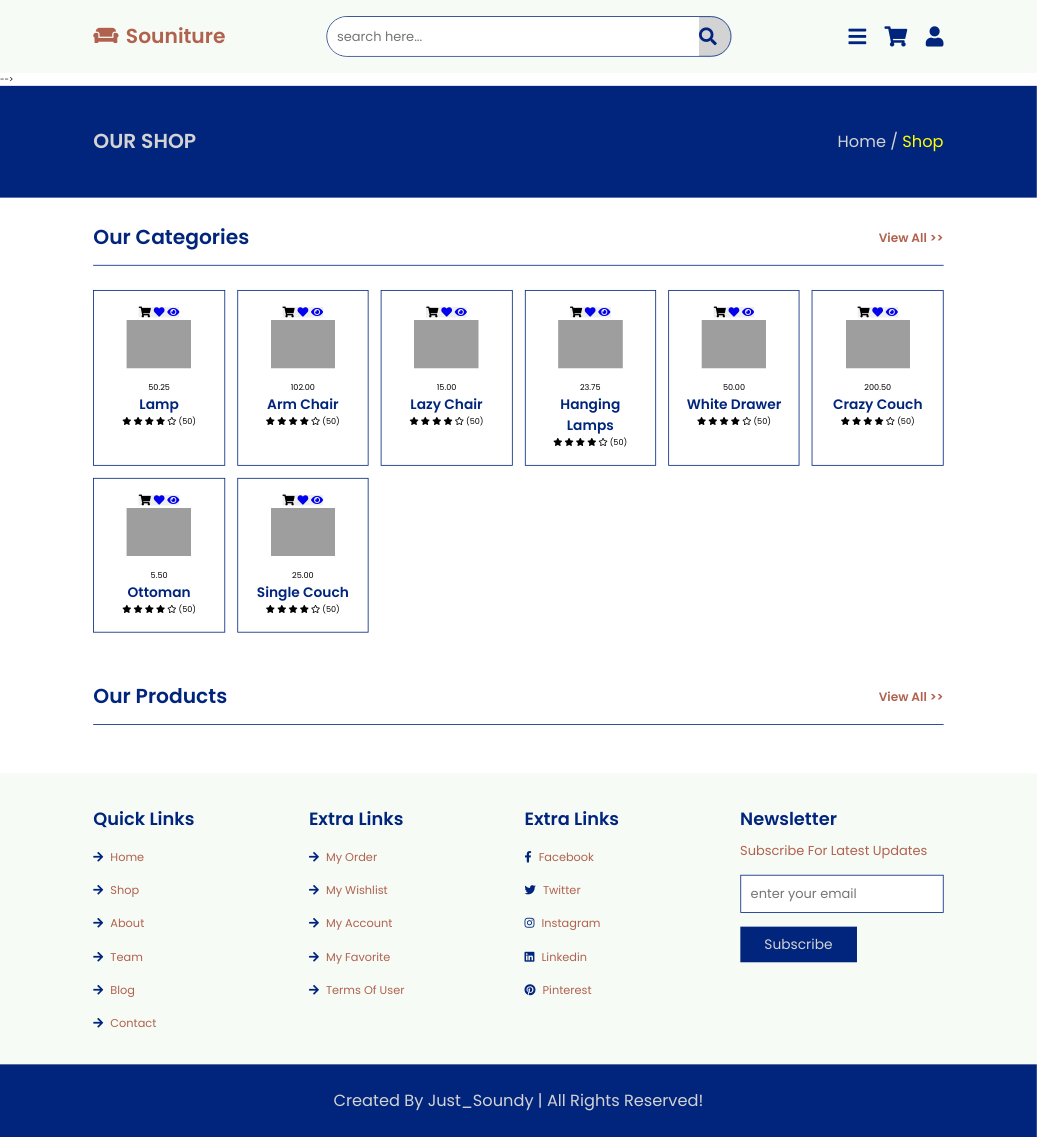
Repository: spencersoundy/furniture-store
Page: shop.html
The author's editor kept a copy of each file at every save. The page is drawn from the files as they stood at one save, then again after the next save.
The browser window is 1280 px wide. The pictures show the whole page, at 81% of full size.
Pictures or frames that could not be fetched are drawn as grey boxes.

Above is the page before, as saved 2023-05-02 15:22:56.
Console error: TypeError: Cannot read properties of null (reading 'addEventListener')

After the next save:
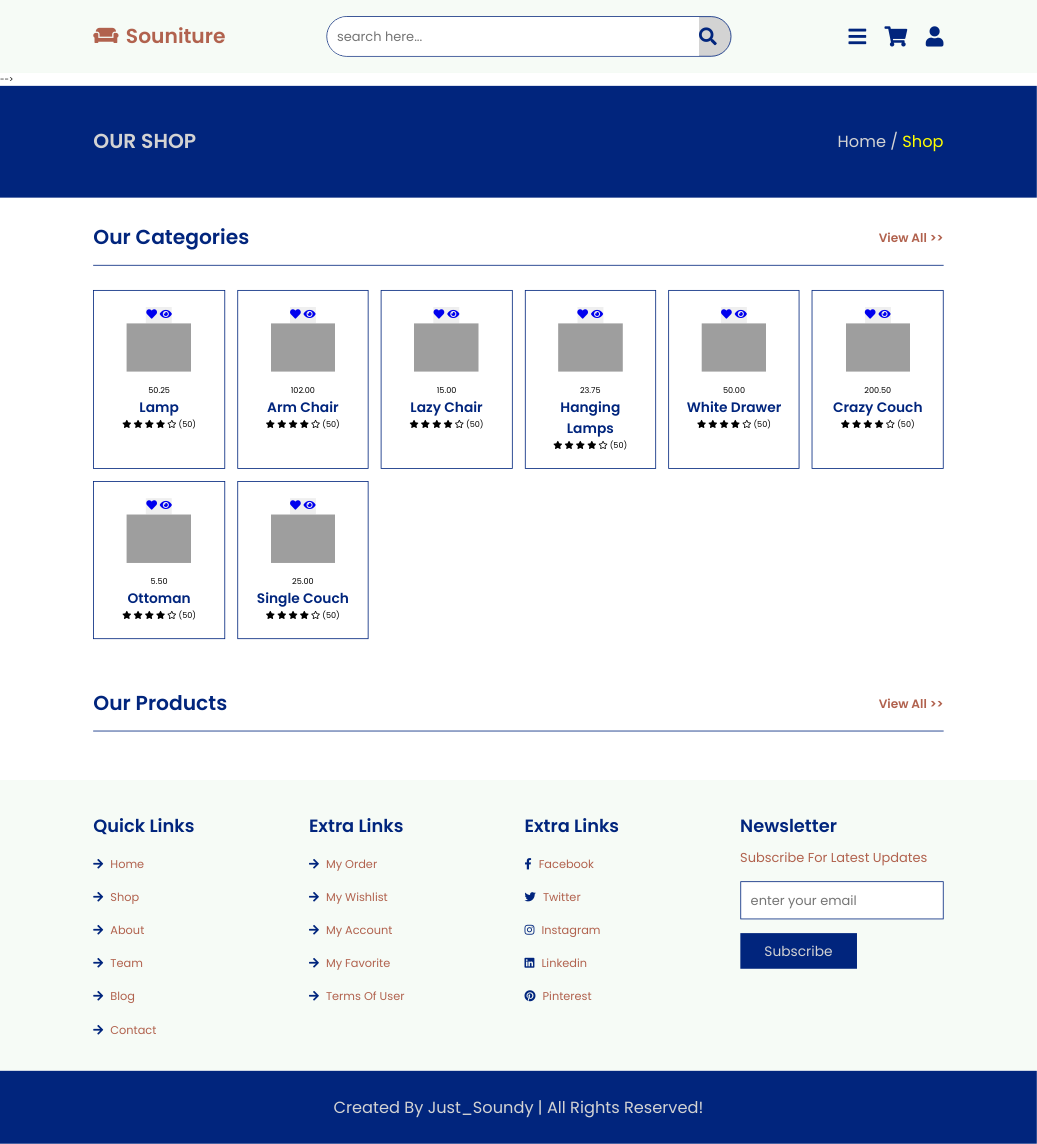
Saved 4 s later.
--- a/js/script.js
+++ b/js/script.js
@@ -103,7 +103,7 @@
             html += `
              <div class="box">
                 <div class="icons">
-                <button type= "button" classs =
+                <button type= "button" classs = "
                     <i  class="fas fa-shopping-cart"></i>
                     <a href="#" class="fas fa-heart"></a>
                     <a href="#" class="fas fa-eye"></a>

After the 4 saves that followed:
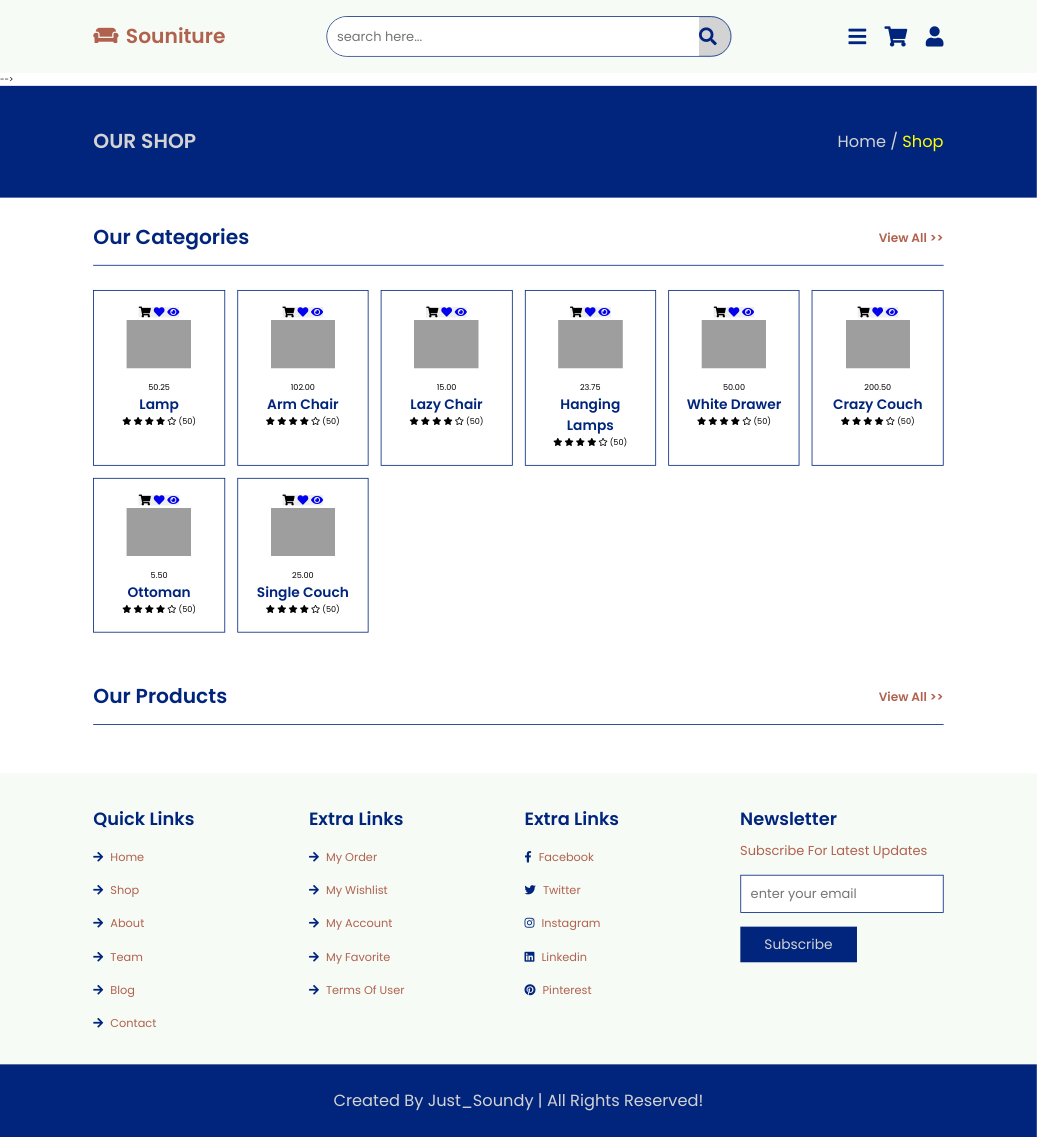
The 4 saves are shown as one change because 1 left the picture as it was and some came seconds apart.
The last was saved 28 s later.
--- a/js/script.js
+++ b/js/script.js
@@ -103,7 +103,7 @@
             html += `
              <div class="box">
                 <div class="icons">
-                <button type= "button" classs = "
+                <button type= "button" classs = "product image"
                     <i  class="fas fa-shopping-cart"></i>
                     <a href="#" class="fas fa-heart"></a>
                     <a href="#" class="fas fa-eye"></a>
